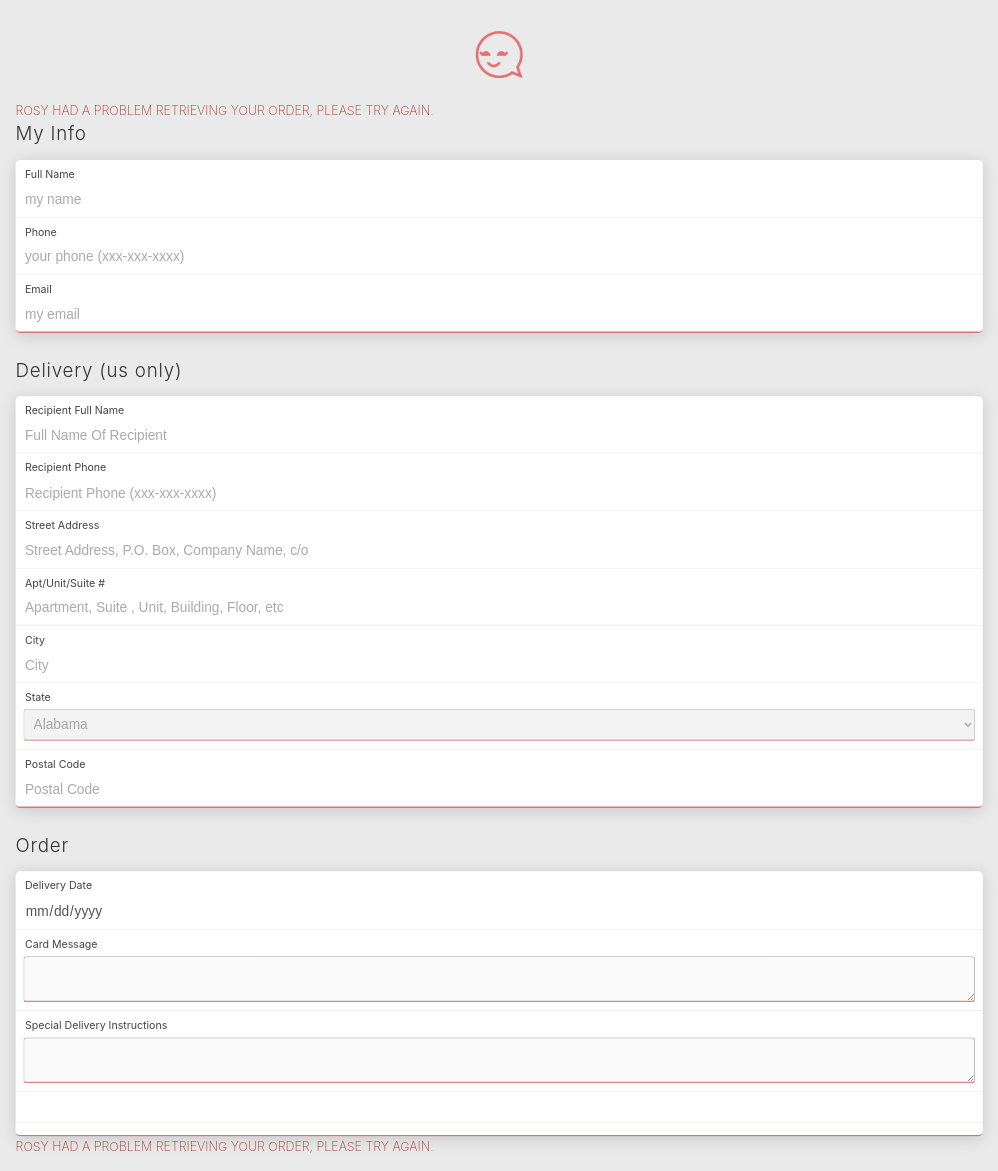
Repository: mattbobgithub/rosybot-ui
Page: rosybot-ui/dist/checkout.html
These files come from the project's save history. The page is drawn as it stood at one moment and after the next save; the edit follows.
The browser window is 1280 px wide. The pictures show the whole page, at 78% of full size.
The page's requests for data from a server got no answer. Some web libraries are served in a nearby version.

Above is the page before, as saved 2017-10-13 23:12:33.

After the next save:
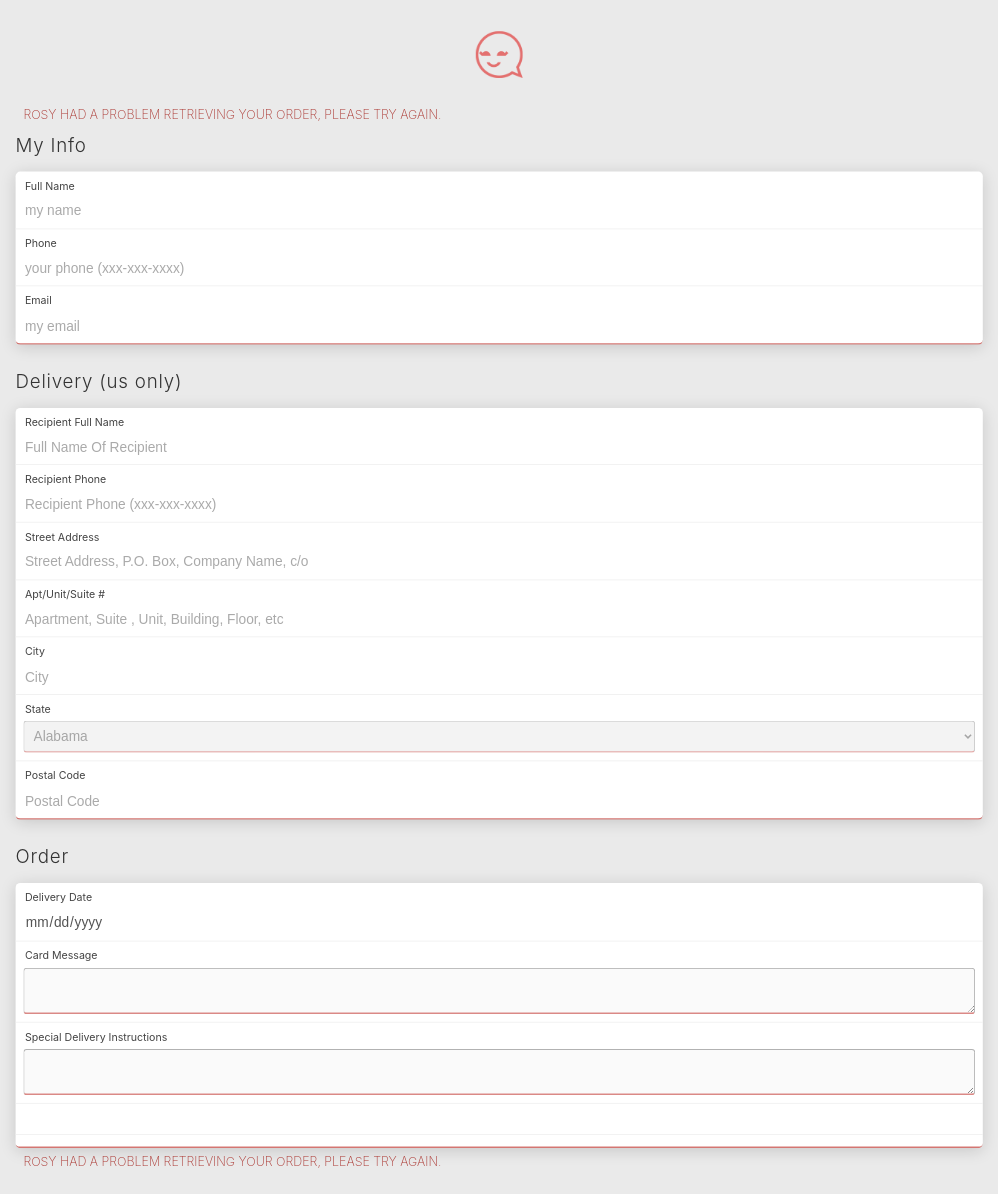
Saved 103 s later.
--- a/rosybot-ui/dist/index.css
+++ b/rosybot-ui/dist/index.css
@@ -139,5 +139,6 @@
 }
 
 .confirm-message{
+	padding: 5px 10px 10px 10px;
 	color: #ac3934;
 }
